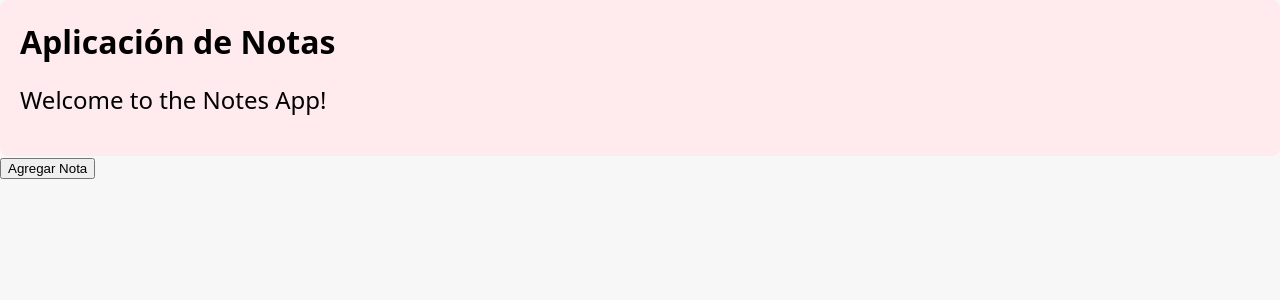
Repository: xunxuno/aplicacion_web_notas
Page: / (app in notas_web_app/)
The author's editor kept a copy of each file at every save. The page is drawn from the files as they stood at one save, then again after the next save.
The browser window is 1280 px wide. The pictures show the whole page.
The project was rebuilt for these pictures with package versions that can differ from the ones it lists, and the page was loaded fresh each time. Also part of the build but not shown: notas_web_app/vite.config.ts, notas_web_app/src/components/Note.tsx, notas_web_app/src/components/NoteCollection.tsx, notas_web_app/src/components/NoteModal.tsx.

Above is the page before, as saved 2024-10-02 15:23:59.

After the next save:
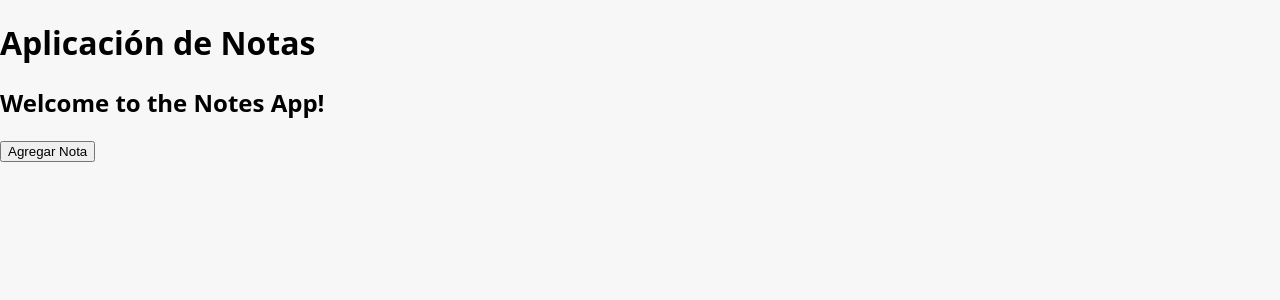
Saved 3 min 56 s later.
--- a/notas_web_app/src/styles.css
+++ b/notas_web_app/src/styles.css
@@ -6,92 +6,38 @@ body {
     color: #000;
   }
 
-  .app-bar {
-    background-color: #ffebee; /* Color pastel */
-    border-radius: 8px;
-    margin: 0;
-    padding: 20px;
-  }
+/* styles.css */
 
-  h1 {
-    font-weight: bold;
-    margin: 0;
-  }
+/* Estilo para el contenedor principal de la aplicación */
+.app-container {
+  max-width: 800px; /* Ancho máximo */
+  margin: 0 auto; /* Centrar el contenedor */
+  padding: 20px; /* Espaciado interno */
+  background-color: #f0f0f0; /* Color de fondo claro */
+  border-radius: 10px; /* Bordes redondeados */
+  box-shadow: 0 2px 10px rgba(0, 0, 0, 0.1); /* Sombra sutil */
+}
 
-  h2 {
-    font-weight: 400;
-  }
+/* Estilo para el botón de agregar nota */
+.add-note-button {
+  background-color: #4CAF50; /* Color de fondo verde */
+  color: white; /* Color del texto */
+  padding: 10px 20px; /* Espaciado interno */
+  border: none; /* Sin borde */
+  border-radius: 5px; /* Bordes redondeados */
+  cursor: pointer; /* Cambia el cursor al pasar sobre el botón */
+  margin-bottom: 20px; /* Espacio debajo del botón */
+  font-size: 16px; /* Tamaño de fuente */
+  transition: background-color 0.3s; /* Transición para el color de fondo */
+}
 
-  .button-add-note {
-    margin: 20px 0;
-    float: right;
-    background-color: #ff8a80; /* Color pastel */
-    color: #fff;
-    border-radius: 50%;
-  }
+/* Efecto hover para el botón de agregar nota */
+.add-note-button:hover {
+  background-color: #45a049; /* Color de fondo más oscuro al pasar el mouse */
+}
 
-  .modal {
-    background-color: #fff;
-    border-radius: 8px;
-    padding: 20px;
-  }
-
-  .noteDiv {
-    padding: 20px;
-    border-radius: 8px;
-    box-shadow: 0 2px 6px rgba(0, 0, 0, 0.1);
-    transition: transform 0.3s;
-    width: 40px;
-    height: auto;
-  }
-
-  .note-title {
-    font-weight: 500; /* w500 */
-  }
-
-  .note-content {
-    font-size: 14px; /* Tamaño de fuente legible */
-  }
-
-  .collection {
-    padding: 20px;
-    border-radius: 8px;
-    background-color: #ffffff;
-  }
-
-  .note-panel {
-    display: flex;
-    flex-wrap: wrap;
-    gap: 20px;
-    padding: 20px;
-  }
-
-  .note-card {
-    width: 150px; /* Tamaño de las notas */
-    background-color: #e1bee7; /* Color pastel dinámico */
-    border-radius: 8px;
-    padding: 10px;
-    box-shadow: 0 2px 6px rgba(0, 0, 0, 0.1);
-    position: relative;
-  }
-
-  .note-card:hover {
-    transform: scale(1.05);
-  }
-
-  .edit-button, .delete-button {
-    position: absolute;
-    top: 5px;
-    right: 5px;
-    background: none;
-    border: none;
-    cursor: pointer;
-  }
-
-  .edit-button {
-    color: #4caf50;
-  }
-
-  .delete-button {
-    color: #f44336;
-  }
+/* Estilo para el contenedor de colecciones */
+.collections-container {
+  display: flex; /* Usar flexbox para una mejor organización */
+  flex-direction: column; /* Organizar en columnas */
+}
